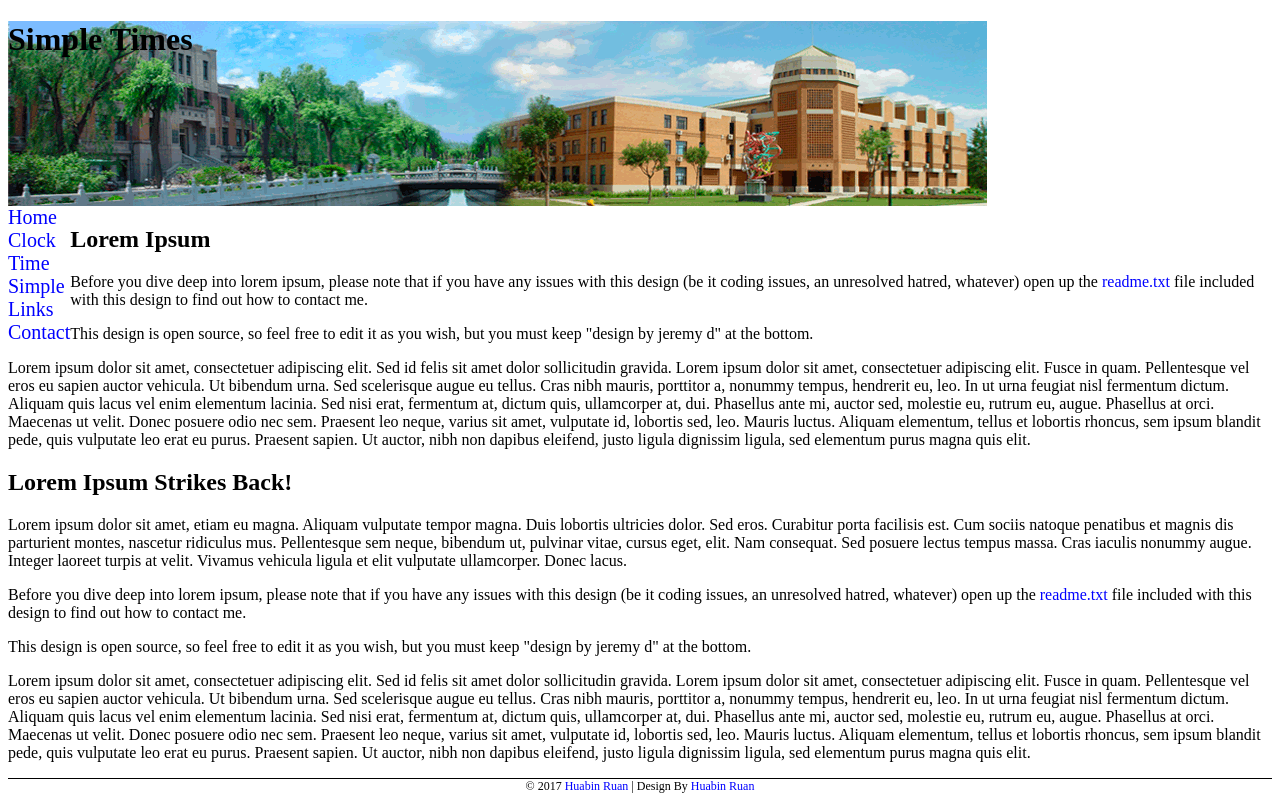
Repository: ruanhuabin/LifeSoftwareWebSite
Page: http://localhost/CryoEM/WEB-INF/index2.jsp
An editor plug-in stored every save of this project. The page is shown before and after the next save, followed by the edit.
The browser window is 1280 px wide. The pictures show the whole page.
The page is served by Tomcat 9. Nobody is signed in. The template is opened directly, without the code that normally fills it, so the values that code supplies are empty.

Above is the page before, as saved 2017-08-08 09:25:19.

After the next save:
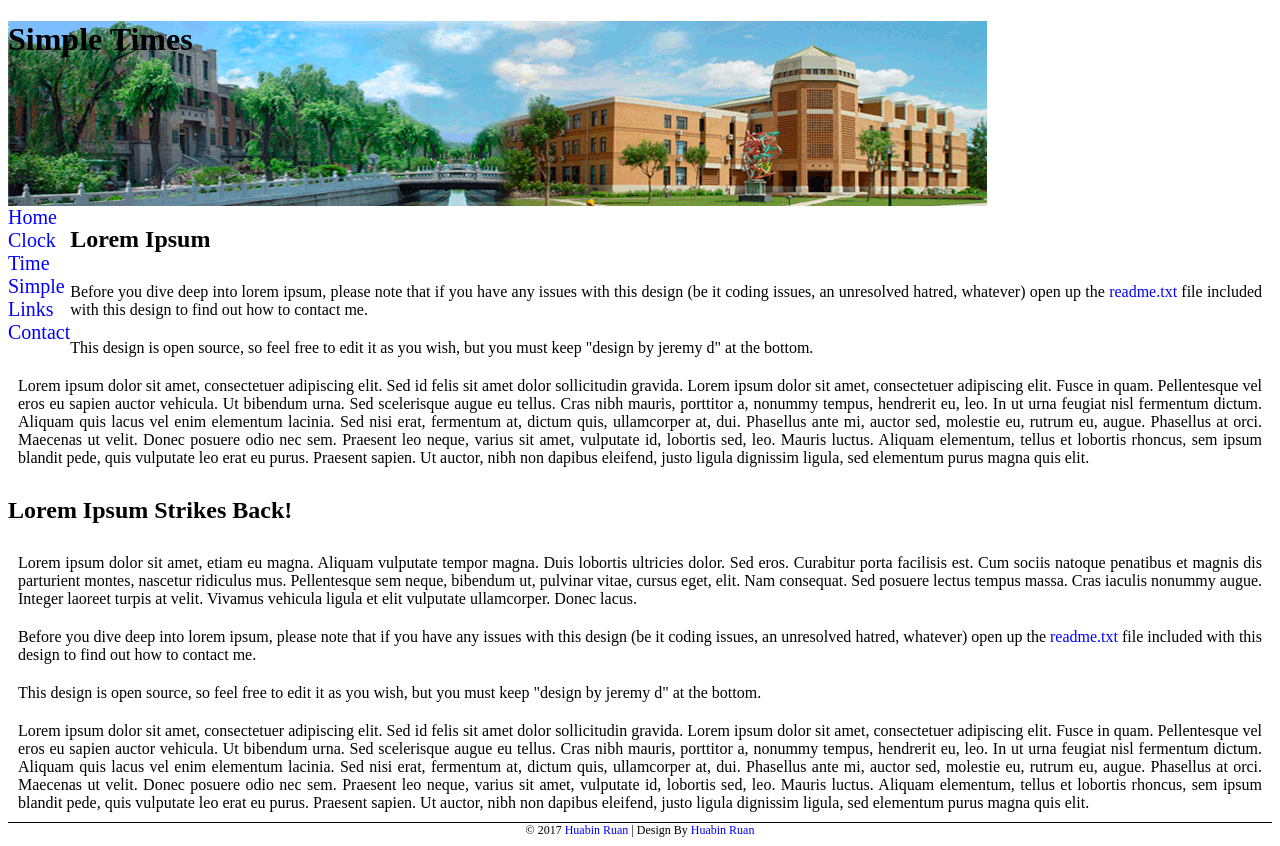
Saved 2 min 17 s later.
--- a/CryoEM/WebRoot/style.css
+++ b/CryoEM/WebRoot/style.css
@@ -32,7 +32,12 @@
 
 }
 
-
+p {
+	size: 10px;
+	margin:0px;
+	padding:10px;
+	text-align:justify;
+	}
 
 #content-div {
    /*  border: 1px solid black; */

After the 2 saves that followed:
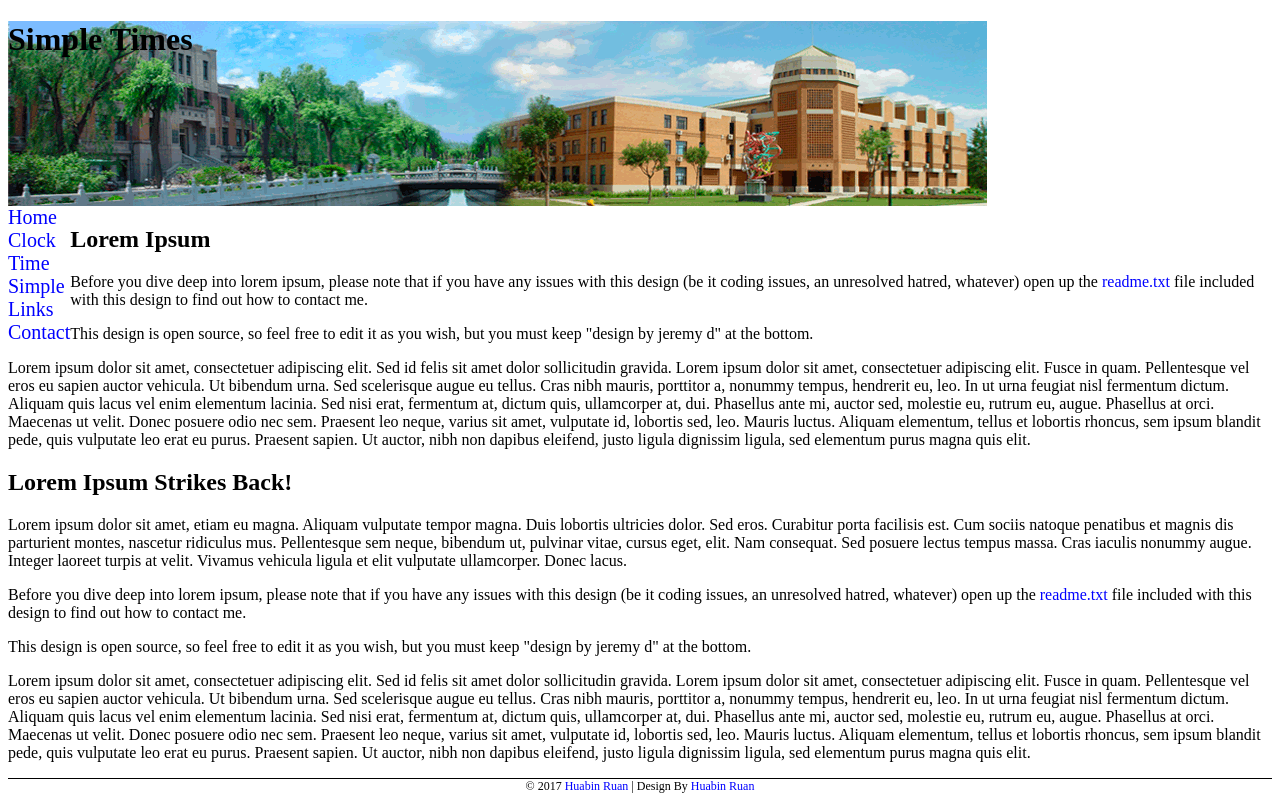
The 2 saves are shown as one change because 1 left the picture as it was.
The last was saved 38 s later.
--- a/CryoEM/WebRoot/style.css
+++ b/CryoEM/WebRoot/style.css
@@ -32,12 +32,7 @@
 
 }
 
-p {
-	size: 10px;
-	margin:0px;
-	padding:10px;
-	text-align:justify;
-	}
+
 
 #content-div {
    /*  border: 1px solid black; */
